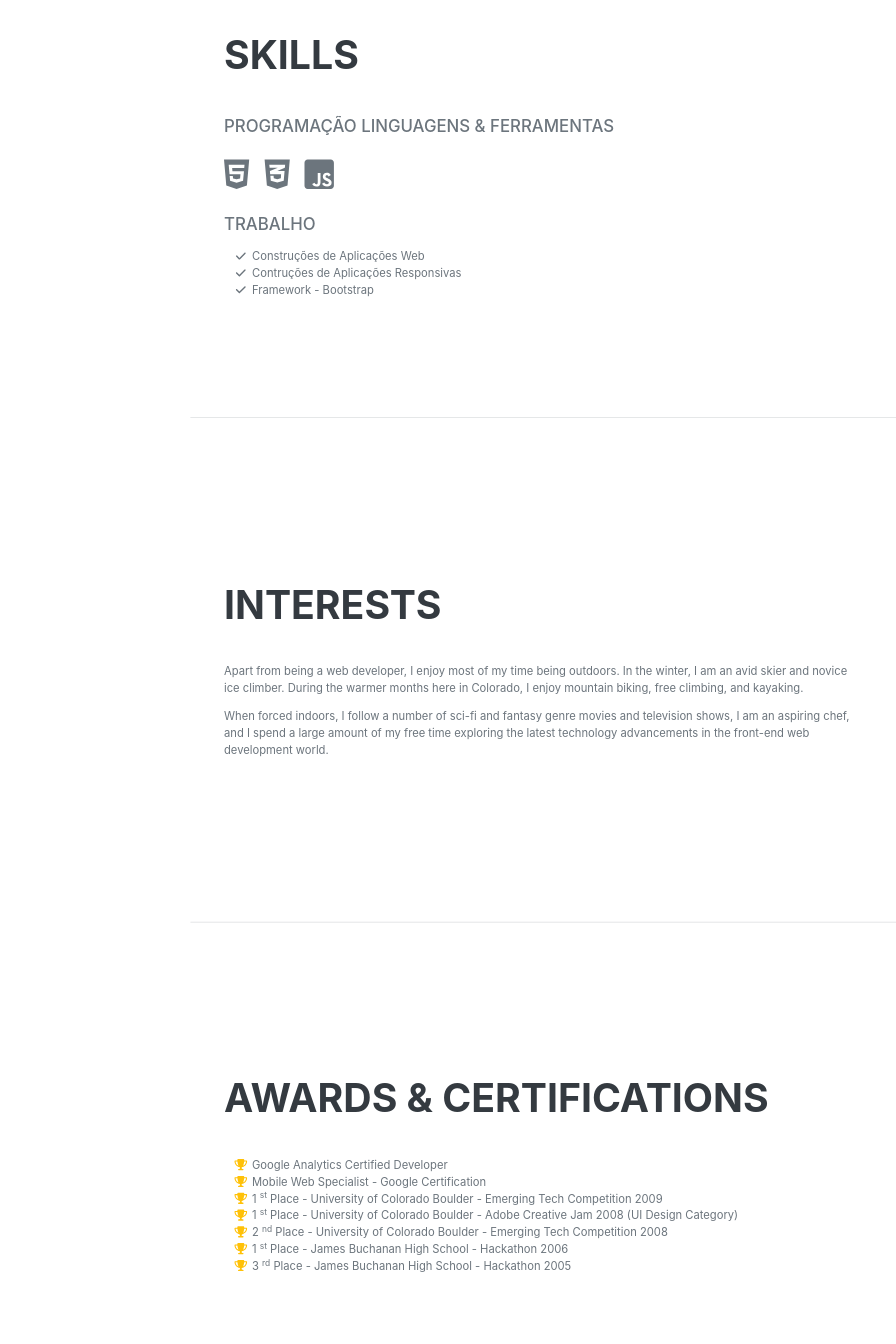
Repository: JuniorRoth/Curriculo-Web
Page: public/index.html
The author's editor kept a copy of each file at every save. The page is drawn from the files as they stood at one save, then again after the next save.
The browser window is 1280 px wide. The pictures show the part of the page from y = 2287 to 4207 px (the page is 4325 px tall), at 70% of full size.
Some web fonts or font styles are not loaded; a fallback is used. Some web libraries are served in a nearby version.

Above is the page before, as saved 2023-02-08 09:32:08.

### public/index.html
<!DOCTYPE html>
<html lang="pt-br">
    <head>
        <meta charset="utf-8" />
        <meta name="viewport" content="width=device-width, initial-scale=1, shrink-to-fit=no" />
        <meta name="description" content="" />
        <meta name="author" content="Ilson Fernando Roth Junior" />
        <title>Currículo Ilson Roth</title>
        <link rel="icon" type="image/x-icon" href="assets/img/favicon.ico" />
        <!-- Font Awesome icons (free version)-->
        <script src="https://use.fontawesome.com/releases/v6.1.0/js/all.js" crossorigin="anonymous"></script>
        <!-- Google fonts-->
        <link href="https://fonts.googleapis.com/css?family=Saira+Extra+Condensed:500,700" rel="stylesheet" type="text/css" />
        <link href="https://fonts.googleapis.com/css?family=Muli:400,400i,800,800i" rel="stylesheet" type="text/css" />
        <!-- Core theme CSS (includes Bootstrap)-->
        <link href="css/styles.css" rel="stylesheet" />
    </head>
    <body id="page-top">
        <!-- Navigation-->
        <nav class="navbar navbar-expand-lg navbar-dark bg-primary fixed-top" id="sideNav">
            <a class="navbar-brand js-scroll-trigger" href="#page-top">
                <span class="d-block d-lg-none">Ilson Fernando Roth Junior</span>
                <span class="d-none d-lg-block"><img class="img-fluid img-profile rounded-circle mx-auto mb-2" src="assets/img/profile.jpg" alt="..." /></span>
            </a>
            <button class="navbar-toggler" type="button" data-bs-toggle="collapse" data-bs-target="#navbarResponsive" aria-controls="navbarResponsive" aria-expanded="false" aria-label="Toggle navigation"><span class="navbar-toggler-icon"></span></button>
            <div class="collapse navbar-collapse" id="navbarResponsive">
                <ul class="navbar-nav">
                    <li class="nav-item"><a class="nav-link js-scroll-trigger" href="#about">Sobre</a></li>
                    <li class="nav-item"><a class="nav-link js-scroll-trigger" href="#experience">Experiências</a></li>
                    <li class="nav-item"><a class="nav-link js-scroll-trigger" href="#education">Educação</a></li>
                    <li class="nav-item"><a class="nav-link js-scroll-trigger" href="#skills">Skills</a></li>
                    <li class="nav-item"><a class="nav-link js-scroll-trigger" href="#interests">Interesses</a></li>
                    <li class="nav-item"><a class="nav-link js-scroll-trigger" href="#awards">Certificados</a></li>
                </ul>
            </div>
        </nav>
        <!-- Page Content-->
        <div class="container-fluid p-0">
            <!-- About-->
            <section class="resume-section" id="about">
                <div class="resume-section-content">
                    <h1 class="mb-0">
                        Ilson
                        <span class="text-primary">Roth</span>
                    </h1>
                    <div class="subheading mb-5">
                        Rua Alberto Blum 490 · Ipiranga, PR 84450-000 · (42) 99835-8380 ·
                        <a href="mailto:rothilson@gmail.com">rothilson@gmail.com</a>
                    </div>
                    <p class="lead mb-5">Acredito que a busca por conhecimento e melhoria contínua deve fazer parte do nosso dia-a-dia, para nos transformar em profissionais e principalmente pessoas melhores. Tenho imenso prazer em trabalhar em equipe, acredito que cada pessoa contribui com suas próprias experiências, e o trabalho fica em melhor harmonia trabalhando em conjunto. Tenho convicção que a tecnologia quando bem aplicada pode e irá transformar o mundo para melhor.</p>
                    <div class="social-icons">
                        <a class="social-icon" href="https://www.linkedin.com/in/juninho-roth-bb1896225/"><i class="fab fa-linkedin-in"></i></a>
                        <a class="social-icon" href="https://github.com/JuniorRoth"><i class="fab fa-github"></i></a>
                        <a class="social-icon" href="https://www.instagram.com/roth_juninho/?next=%2F"><i class="fab fa-instagram"></i></a>
                    </div>
                </div>
            </section>
            <hr class="m-0" />
            <!-- Experience-->
            <section class="resume-section" id="experience">
                <div class="resume-section-content">
                    <h2 class="mb-5">Experiências</h2>
                    <div class="d-flex flex-column flex-md-row justify-content-between mb-5">
                        <div class="flex-grow-1">
                            <h3 class="mb-0">Funcionário de Advocacia</h3>
                            <div class="subheading mb-3">Macedo & Watanabe/Advogados associados</div>
                            <p>Planejar e organizar planilhas dos clientes, receber pagamentos, manutenção do sistema.</p>
                        </div>
                        <div class="flex-shrink-0"><span class="text-primary">Janeiro 2020 - 2021</span></div>
                    </div>
                </div>
            </section>
            <hr class="m-0" />
            <!-- Education-->
            <section class="resume-section" id="education">
                <div class="resume-section-content">
                    <h2 class="mb-5">Educação</h2>
                    <div class="d-flex flex-column flex-md-row justify-content-between mb-5">
                        <div class="flex-grow-1">
                            <h3 class="mb-0">Universidade Unicesumar</h3>
                            <div class="subheading mb-3">Graduação, Engenharia de Software</div>
                        <div class="flex-shrink-0"><span class="text-primary">Janeiro 2020 - 2024</span></div>
                    </div>
                    <div class="d-flex flex-column flex-md-row justify-content-between">
                        <div class="flex-grow-1">
                            <h3 class="mb-0">Colégio Sagrada Família</h3>
                            <div class="subheading mb-3">Ensino Médio Completo</div>
                        </div>
                        <div class="flex-shrink-0"><span class="text-primary">2016 - 2019</span></div>
                    </div>
                </div>
            </section>
            <hr class="m-0" />
            <!-- Skills-->
            <section class="resume-section" id="skills">
                <div class="resume-section-content">
                    <h2 class="mb-5">Skills</h2>
                    <div class="subheading mb-3">Programação Linguagens & Ferramentas</div>
                    <ul class="list-inline dev-icons">
                        <li class="list-inline-item"><i class="fab fa-html5"></i></li>
                        <li class="list-inline-item"><i class="fab fa-css3-alt"></i></li>
                        <li class="list-inline-item"><i class="fab fa-js-square"></i></li>
                    </ul>
                    <div class="subheading mb-3">Trabalho</div>
                    <ul class="fa-ul mb-0">
                        <li>
                            <span class="fa-li"><i class="fas fa-check"></i></span>
                            Construções de Aplicações Web
                        </li>
                        <li>
                            <span class="fa-li"><i class="fas fa-check"></i></span>
                            Contruções de Aplicações Responsivas
                        </li>
                        <li>
                            <span class="fa-li"><i class="fas fa-check"></i></span>
                            Framework - Bootstrap
                        </li>
                    </ul>
                </div>
            </section>
            <hr class="m-0" />
            <!-- Interests-->
            <section class="resume-section" id="interests">
                <div class="resume-section-content">
                    <h2 class="mb-5">Interests</h2>
                    <p>Apart from being a web developer, I enjoy most of my time being outdoors. In the winter, I am an avid skier and novice ice climber. During the warmer months here in Colorado, I enjoy mountain biking, free climbing, and kayaking.</p>
                    <p class="mb-0">When forced indoors, I follow a number of sci-fi and fantasy genre movies and television shows, I am an aspiring chef, and I spend a large amount of my free time exploring the latest technology advancements in the front-end web development world.</p>
                </div>
            </section>
            <hr class="m-0" />
            <!-- Awards-->
            <section class="resume-section" id="awards">
                <div class="resume-section-content">
                    <h2 class="mb-5">Awards & Certifications</h2>
                    <ul class="fa-ul mb-0">
                        <li>
                            <span class="fa-li"><i class="fas fa-trophy text-warning"></i></span>
                            Google Analytics Certified Developer
                        </li>
                        <li>
                            <span class="fa-li"><i class="fas fa-trophy text-warning"></i></span>
                            Mobile Web Specialist - Google Certification
                        </li>
                        <li>
                            <span class="fa-li"><i class="fas fa-trophy text-warning"></i></span>
                            1
                            <sup>st</sup>
                            Place - University of Colorado Boulder - Emerging Tech Competition 2009
                        </li>
                        <li>
                            <span class="fa-li"><i class="fas fa-trophy text-warning"></i></span>
                            1
                            <sup>st</sup>
                            Place - University of Colorado Boulder - Adobe Creative Jam 2008 (UI Design Category)
                        </li>
                        <li>
                            <span class="fa-li"><i class="fas fa-trophy text-warning"></i></span>
                            2
                            <sup>nd</sup>
                            Place - University of Colorado Boulder - Emerging Tech Competition 2008
                        </li>
                        <li>
                            <span class="fa-li"><i class="fas fa-trophy text-warning"></i></span>
                            1
                            <sup>st</sup>
                            Place - James Buchanan High School - Hackathon 2006
                        </li>
                        <li>
                            <span class="fa-li"><i class="fas fa-trophy text-warning"></i></span>
                            3
                            <sup>rd</sup>
                            Place - James Buchanan High School - Hackathon 2005
                        </li>
                    </ul>
                </div>
            </section>
        </div>
        <!-- Bootstrap core JS-->
        <script src="https://cdn.jsdelivr.net/npm/bootstrap@5.1.3/dist/js/bootstrap.bundle.min.js"></script>
        <!-- Core theme JS-->
        <script src="js/scripts.js"></script>
    </body>
</html>

### public/js/scripts.js
/*!
* Start Bootstrap - Resume v7.0.5 (https://startbootstrap.com/theme/resume)
* Copyright 2013-2022 Start Bootstrap
* Licensed under MIT (https://github.com/StartBootstrap/startbootstrap-resume/blob/master/LICENSE)
*/
//
// Scripts
//

window.addEventListener('DOMContentLoaded', event => {

    // Activate Bootstrap scrollspy on the main nav element
    const sideNav = document.body.querySelector('#sideNav');
    if (sideNav) {
        new bootstrap.ScrollSpy(document.body, {
            target: '#sideNav',
            offset: 74,
        });
    };

    // Collapse responsive navbar when toggler is visible
    const navbarToggler = document.body.querySelector('.navbar-toggler');
    const responsiveNavItems = [].slice.call(
        document.querySelectorAll('#navbarResponsive .nav-link')
    );
    responsiveNavItems.map(function (responsiveNavItem) {
        responsiveNavItem.addEventListener('click', () => {
            if (window.getComputedStyle(navbarToggler).display !== 'none') {
                navbarToggler.click();
            }
        });
    });

});

Loaded but not shown: public/css/styles.css (library)

After the next save:
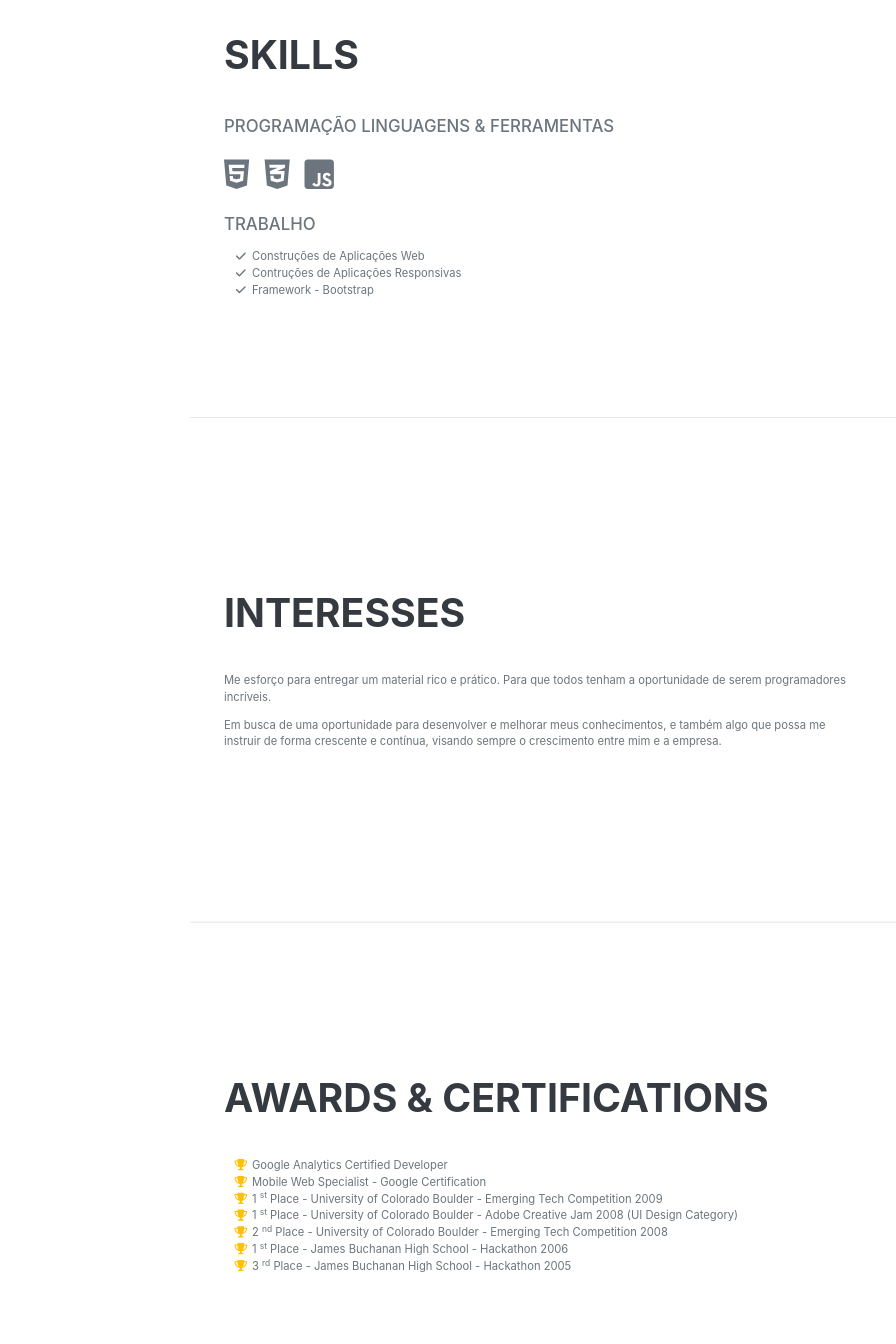
Saved 6 min 41 s later.
--- a/public/index.html
+++ b/public/index.html
@@ -122,9 +122,9 @@
             <!-- Interests-->
             <section class="resume-section" id="interests">
                 <div class="resume-section-content">
-                    <h2 class="mb-5">Interests</h2>
-                    <p>Apart from being a web developer, I enjoy most of my time being outdoors. In the winter, I am an avid skier and novice ice climber. During the warmer months here in Colorado, I enjoy mountain biking, free climbing, and kayaking.</p>
-                    <p class="mb-0">When forced indoors, I follow a number of sci-fi and fantasy genre movies and television shows, I am an aspiring chef, and I spend a large amount of my free time exploring the latest technology advancements in the front-end web development world.</p>
+                    <h2 class="mb-5">Interesses</h2>
+                    <p>Me esforço para entregar um material rico e prático. Para que todos tenham a oportunidade de serem programadores incríveis.</p>
+                    <p class="mb-0">Em busca de uma oportunidade para desenvolver e melhorar meus conhecimentos, e também algo que possa me instruir de forma crescente e contínua, visando sempre o crescimento entre mim e a empresa.</p>
                 </div>
             </section>
             <hr class="m-0" />
